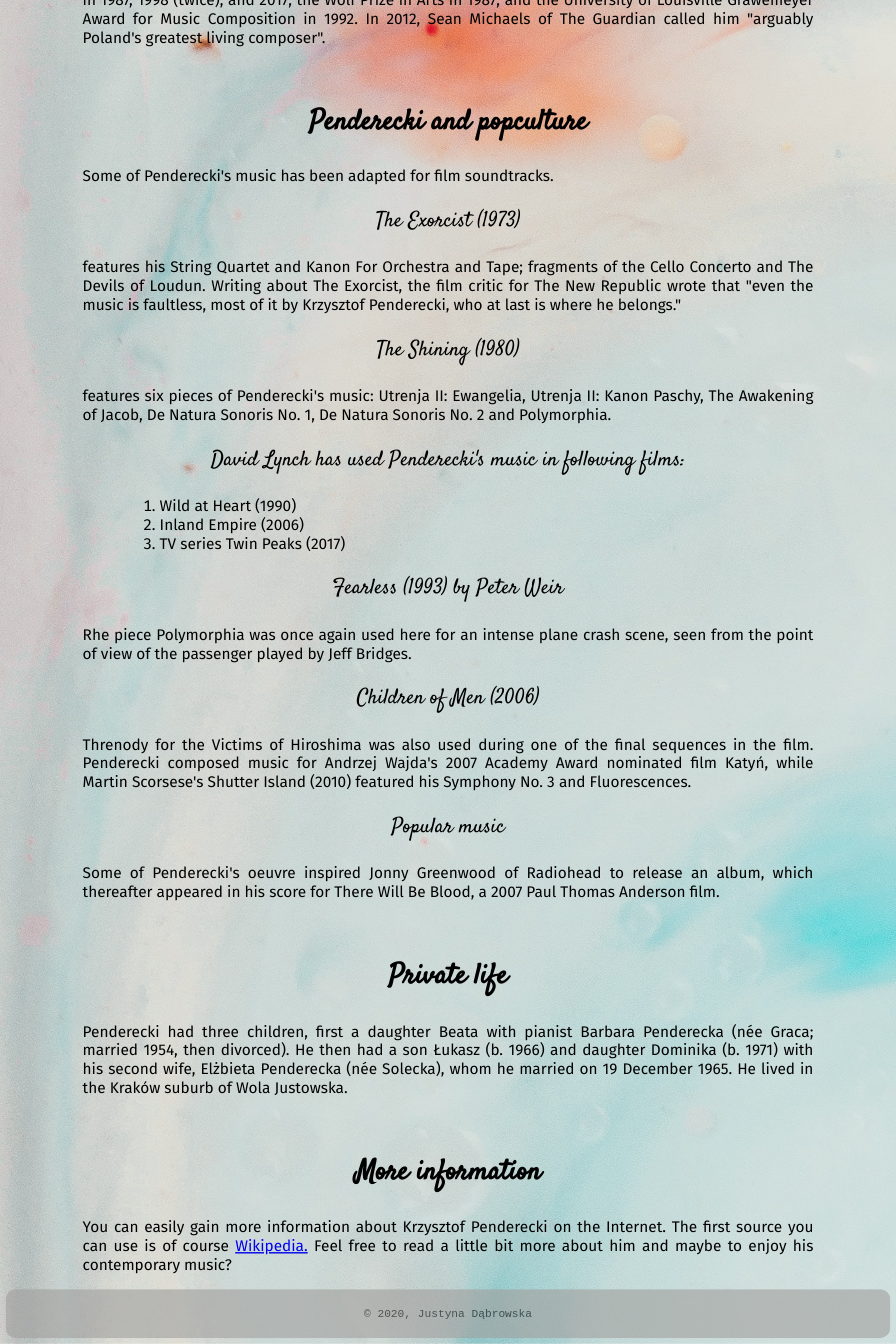
Repository: justynke/tribute_page
Page: index.html
An editor plug-in stored every save of this project. The page is shown before and after the next save, followed by the edit.
The browser window is 1280 px wide. The pictures show the part of the page from y = 1584 to 3504 px (the page is 3504 px tall), at 70% of full size.

Above is the page before, as saved 2020-04-24 16:16:37.

### index.html
<!DOCTYPE html>
<html lang = "pl-PL">
<head>
    <link href="https://fonts.googleapis.com/css2?family=Satisfy&display=swap" rel="stylesheet">
    <link href="https://fonts.googleapis.com/css2?family=Fira+Sans&display=swap" rel="stylesheet">

    <link rel="stylesheet" type="text/css" href="styles.css">
    <title>Krzysztof Penderecki Tribute Page</title>
</head>



<body id = "main">
<header>
    <nav id = "nav">
        <div id = "edu"><a href = "#education" style = "color: inherit; text-decoration: none;">Education</a></div>
        <div id = "pop"><a href = "#popculture" style = "color: inherit; text-decoration: none;">Popculture</a></div>
        <div id = "priv"><a href = "#private" style = "color: inherit; text-decoration: none;">Private life</a></div>
    </nav>


<main>
    <h1 id = "title">Welcome to Krzysztof Penderecki Tribute Page</h1>

    <div id = "img-div">
        <figure>
            <img id = "image" src = "images/penderecki_01.jpg" alt = "Krzysztof Penderecki">
            <figcaption id = "img-caption">Krzysztof Penderecki, photo: <a href = "http://gazeta.pl">Gazeta.pl</a></figcaption>
        </figure>
    </div>

</header>
    <hr>


<div id = "tribute-info">
    <section>
    <p>
        <b>Krzysztof Eugeniusz Penderecki</b> (Polish: [ˈkʂɨʂtɔf pɛndɛˈrɛt͡skʲi]; 23 November 1933 – 29 March 2020) was a Polish composer and conductor. Among his best known works are Threnody to the Victims of Hiroshima, Symphony No. 3, his St. Luke Passion, Polish Requiem, Anaklasis and Utrenja. Penderecki composed:
        <ul>
            <li>four operas</li>
            <li>eight symphonies and other orchestral pieces</li>
            <li>a variety of instrumental concertos</li>
            <li>choral settings of mainly religious texts</li>
            <li>chamber and instrumental works.</li>
        </ul>
    </p>
</section>
    <section id = "education">
    <h2>Education and first works</h2>
    <p>Penderecki studied music at Jagiellonian University and the Academy of Music in Kraków. After graduating from the Academy, he became a teacher there and began his career as a composer in 1959 during the Warsaw Autumn festival. His Threnody to the Victims of Hiroshima for string orchestra and the choral work St. Luke Passion have received popular acclaim. His first opera, The Devils of Loudun, was not immediately successful. Beginning in the mid-1970s, Penderecki's composing style changed, with his first violin concerto focusing on the semitone and the tritone. His choral work Polish Requiem was written in the 1980s and expanded in 1993 and 2005.</p>
    </section>


    <section>
    <h2>Awards</h2>
    <p>Penderecki won many prestigious awards, including the Prix Italia in 1967 and 1968; four Grammy Awards in 1987, 1998 (twice), and 2017; the Wolf Prize in Arts in 1987; and the University of Louisville Grawemeyer Award for Music Composition in 1992. In 2012, Sean Michaels of The Guardian called him "arguably Poland's greatest living composer".</p>
    </section>

    <section id = "popculture">
    <h2>Penderecki and popculture</h2>
    <p>Some of Penderecki's music has been adapted for film soundtracks.</p>
    <h3>The Exorcist (1973)</h3>
    <p>features his String Quartet and Kanon For Orchestra and Tape; fragments of the Cello Concerto and The Devils of Loudun. Writing about The Exorcist, the film critic for The New Republic wrote that "even the music is faultless, most of it by Krzysztof Penderecki, who at last is where he belongs."</p>
    <h3>The Shining (1980)</h3>
    <p> features six pieces of Penderecki's music: Utrenja II: Ewangelia, Utrenja II: Kanon Paschy, The Awakening of Jacob, De Natura Sonoris No. 1, De Natura Sonoris No. 2 and Polymorphia.</p>
    <h3>David Lynch has used Penderecki's music in following films:</h3>
    <ol>
        <li>Wild at Heart (1990)</li>
        <li>Inland Empire (2006)</li>
        <li>TV series Twin Peaks (2017)</li>
    </ol>
    <h3>Fearless (1993) by Peter Weir</h3>
    <p>Rhe piece Polymorphia was once again used here for an intense plane crash scene, seen from the point of view of the passenger played by Jeff Bridges. </p>

    <h3>Children of Men (2006)</h3>
     <p>Threnody for the Victims of Hiroshima was also used during one of the final sequences in the film. Penderecki composed music for Andrzej Wajda's 2007 Academy Award nominated film Katyń, while Martin Scorsese's Shutter Island (2010) featured his Symphony No. 3 and Fluorescences.

        <h3>Popular music</h3>
        <p>Some of Penderecki's oeuvre inspired Jonny Greenwood of Radiohead to release an album, which thereafter appeared in his score for There Will Be Blood, a 2007 Paul Thomas Anderson film.</p>
</section>

    <section id = "private">
        <h2>Private life</h2>
        <p>Penderecki had three children, first a daughter Beata with pianist Barbara Penderecka (née Graca; married 1954, then divorced). He then had a son Łukasz (b. 1966) and daughter Dominika (b. 1971) with his second wife, Elżbieta Penderecka (née Solecka), whom he married on 19 December 1965. He lived in the Kraków suburb of Wola Justowska.</p>
    </section>

    <section>
        <h2>More information</h2>
        <p>You can easily gain more information about Krzysztof Penderecki on the Internet. The first source you can use is of course <a href = "https://en.wikipedia.org/wiki/Krzysztof_Penderecki" target="_blank" id = "tribute-link">Wikipedia.</a> Feel free to read a little bit more about him and maybe to enjoy his contemporary music?</p>
    </section>
    </div>
    <script src="https://cdn.freecodecamp.org/testable-projects-fcc/v1/bundle.js"></script>
</main>
<footer>
    &copy; 2020, Justyna Dąbrowska
</footer>
</body>
</html>

### styles.css
body {
    background-image: url(images/background.jpg);
}

h1 {
    text-align: center;
    font-family: 'Satisfy';
    font-size: 52px;
    margin-bottom: 0.8em;
}

h2 {
    font-family: 'Satisfy';
    font-size: 40px;
    margin-top: 2em;
    text-align: center;
}

h3 {
    font-family: 'Satisfy';
    font-size: 30px;
    text-align: center;
    font-weight: 250;
}

#img-div {
    height: 38vw;
    width: 80vw;
    margin: auto;
    position: relative;
}


#image {
    filter: gray; /* IE6-9 */
    -webkit-filter: grayscale(1); /* Google Chrome, Safari 6+ & Opera 15+ */
    filter: grayscale(1);
    max-width: 100%;
    max-height: 100%;
    height: auto;
    margin: auto;
    display: block;
    position: relative;
    border: solid;
    border-color: transparent;
    border-radius: 4%;
}

#image:hover {
    filter: grayscale(0);
}

#img-caption {
    font-family: 'Fira Sans', sans-serif;;
    text-align: center;
    font-style: italic;
    font-size: small;
    font-weight: 100;
}

figure {
    margin: auto;
    width: 100%;
    height: 100%;
    position: relative;
}

hr {
    margin-top: 2.5em;
}

p {
    padding-left: 5em;
    padding-right: 5em;
    font-family: 'Fira Sans', sans-serif;
    font-size: 22px;
    text-align: justify;
}

ul {
    padding-left: 10em;
    font-family: 'Fira Sans', sans-serif;
    font-size: 22px;
}

ol {
    padding-left: 10em;
    font-family: 'Fira Sans', sans-serif;
    font-size: 22px;
}

#nav {
    font-family: 'Satisfy', sans-serif;
    display: flex;
    justify-content: space-evenly;
    width: 100%;
    height: 5vw;
    margin: auto;
    position: relative;
    font-size: 3vw;
}

#edu {
    display: flex;
    background-color: #DC3522;
    flex-grow: 1;
    border: solid;
    border-color: transparent;
    border-radius: 15px 0px 0px 15px;
    color: white;
    justify-content: center;
    align-items: center;
    opacity: 0.7;
}

#pop {
    display: flex;
    flex-grow: 1;
    background-color: #D9CB9E;
    color: white;
    justify-content: center;
    align-items: center;
    opacity: 0.7;
}

#priv {
    display: flex;
    flex-grow: 1;
    background-color: #374140;
    border: solid;
    border-color: transparent;
    border-radius: 0px 15px 15px 0px;
    color: white;
    justify-content: center;
    align-items: center;
    opacity: 0.7;
}

footer {
    display: flex;
    margin: auto;
    background-color: #a1a09e;
    opacity: 0.6;
    text-align: center;
    border: solid;
    border-color: transparent;
    border-radius: 15px;
    height: 5vw;
    align-items: center;
    justify-content: center;
    font-family: 'Courier New', Courier, monospace;
}

After the next save:
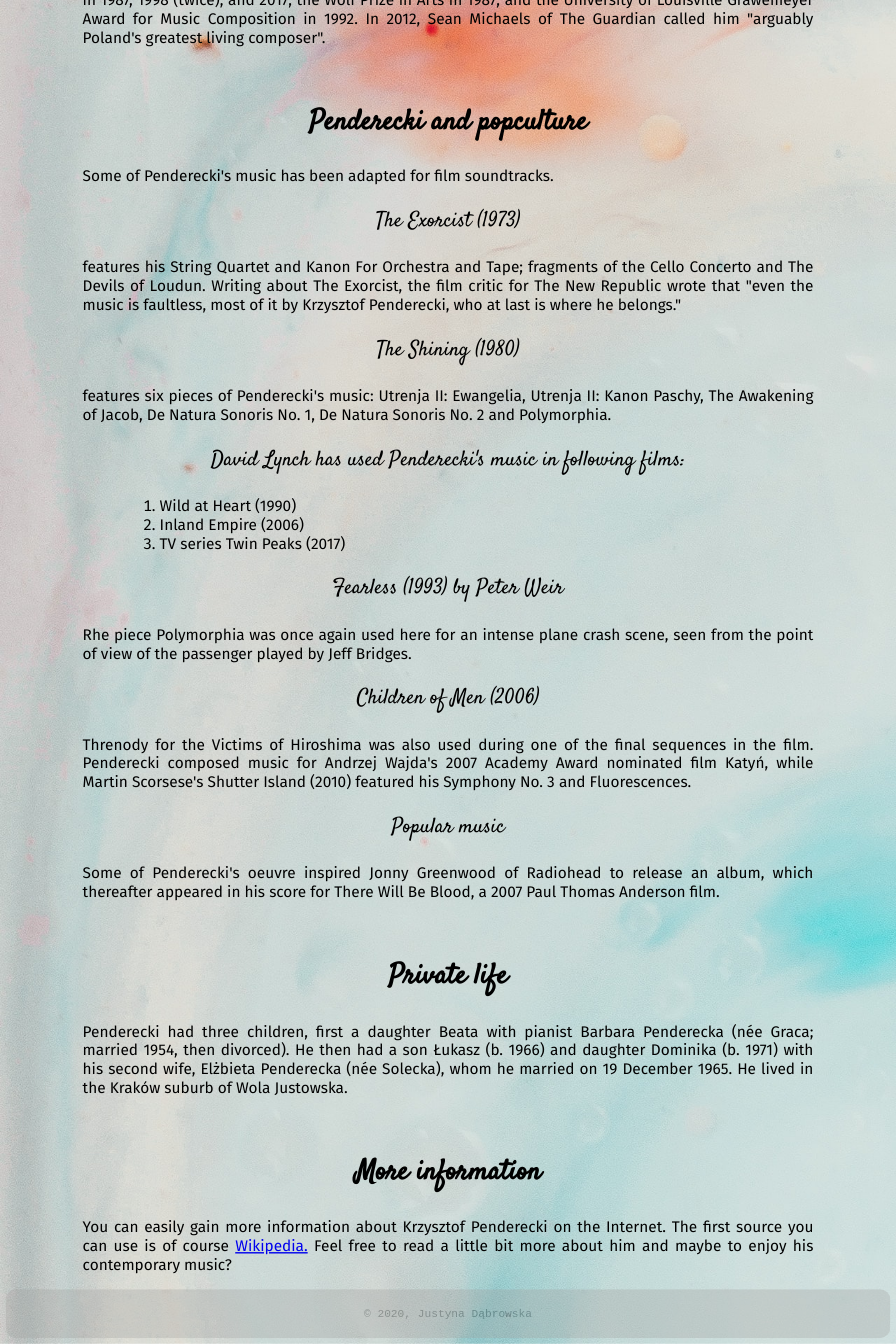
Saved 8 s later.
--- a/styles.css
+++ b/styles.css
@@ -140,7 +140,7 @@
     display: flex;
     margin: auto;
     background-color: #a1a09e;
-    opacity: 0.6;
+    opacity: 0.3;
     text-align: center;
     border: solid;
     border-color: transparent;
